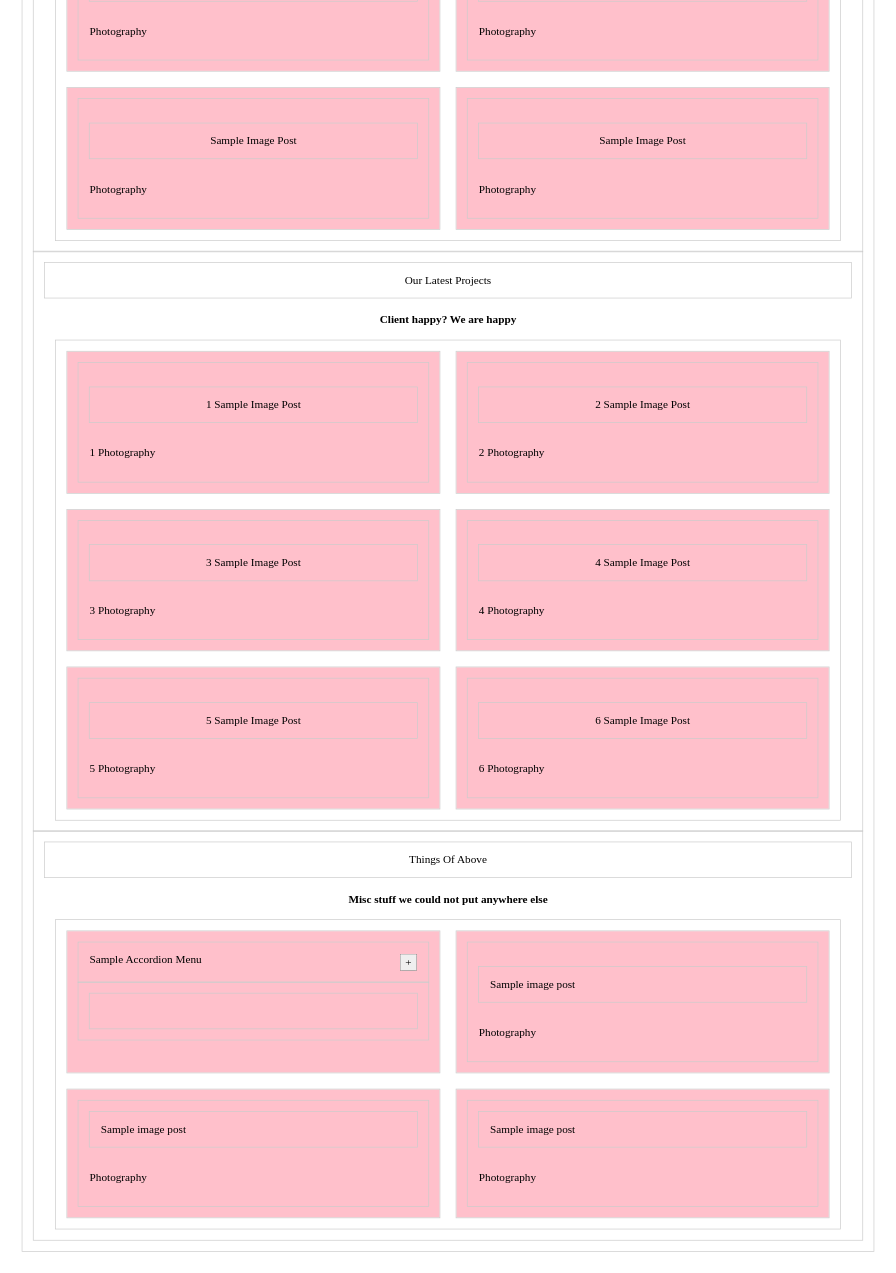
Repository: kionale/Project1_Lab3_ResponsiveLayout
Page: index.html
The author's editor kept a copy of each file at every save. The page is drawn from the files as they stood at one save, then again after the next save.
The browser window is 1280 px wide. The pictures show the part of the page from y = 1296 to 3216 px (the page is 3115 px tall before and 3216 px after), at 70% of full size.

Above is the page before, as saved 2023-01-25 23:34:13.

After the next save:
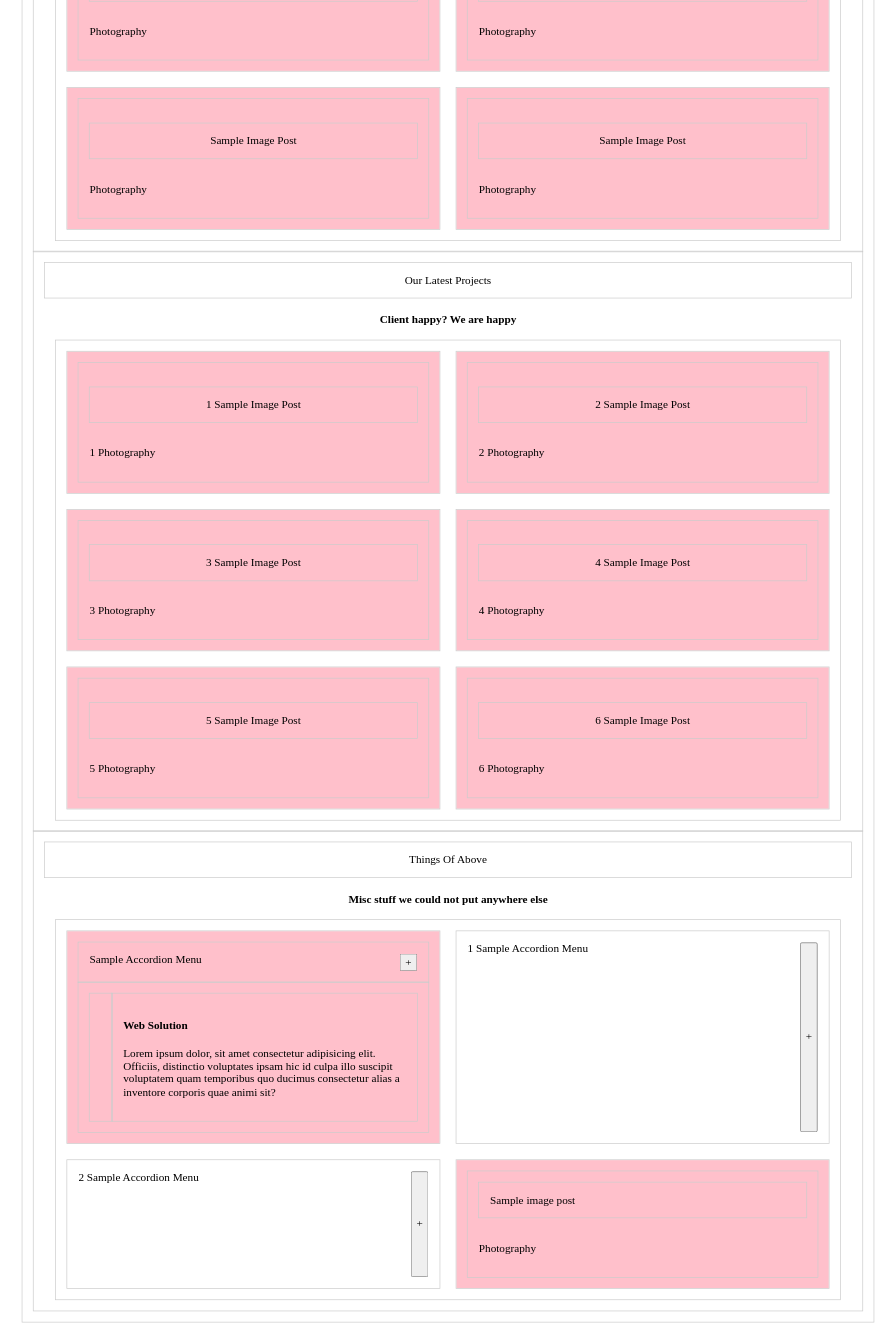
Saved 13 min 10 s later.
--- a/index.html
+++ b/index.html
@@ -149,7 +149,7 @@
     <section class="latest__projects">
       <header class="header latest__projects__header">Our Latest Projects</header>
       <h4 class="subheading">Client happy? We are happy</h4>
-      <div class="row_two m-col-2 l-col-3">
+      <div class="row m-col-2 l-col-3">
         <div class="col">
           <div>
             <img src="" alt="">
@@ -203,28 +203,28 @@
           <div class="sample__menu things_above_image">Sample Accordion Menu
             <button>+</button>
           </div>
-          <div>
+          <div class="web__solution">
             <div>
               <img src="" alt="">
             </div>
-          </div>
-        </div>
-        <div class="col">
-          <div>
-            <img src="" alt="">
-            <header class="things_above_image">Sample image post</header><br>
-            <p>Photography</p>
-          </div>
-        </div>
-        <div class="col">
-          <div>
-            <header class="things_above_image">Sample image post</header><br>
-            <p>Photography</p>
-          </div>
-        </div>
-        <div class="col">
-          <div>
-            <header class="things_above_image">Sample image post</header><br>
+            <div>
+              <h4>Web Solution</h4>
+              <p>Lorem ipsum dolor, sit amet consectetur adipisicing elit. Officiis, distinctio voluptates ipsam hic id
+                culpa illo suscipit voluptatem quam temporibus quo ducimus consectetur alias a inventore corporis quae
+                animi sit?</p>
+            </div>
+          </div>
+        </div>
+        <div class="col_two sample__menu things__above__image">1 Sample Accordion Menu
+          <button>+</button>
+        </div>
+        <div class="col_two sample__menu things__above__image">2 Sample Accordion Menu
+          <button>+</button>
+        </div>
+
+        <div class="col">
+          <div>
+            <header class="things__above__image">Sample image post</header><br>
             <p>Photography</p>
           </div>
         </div>
